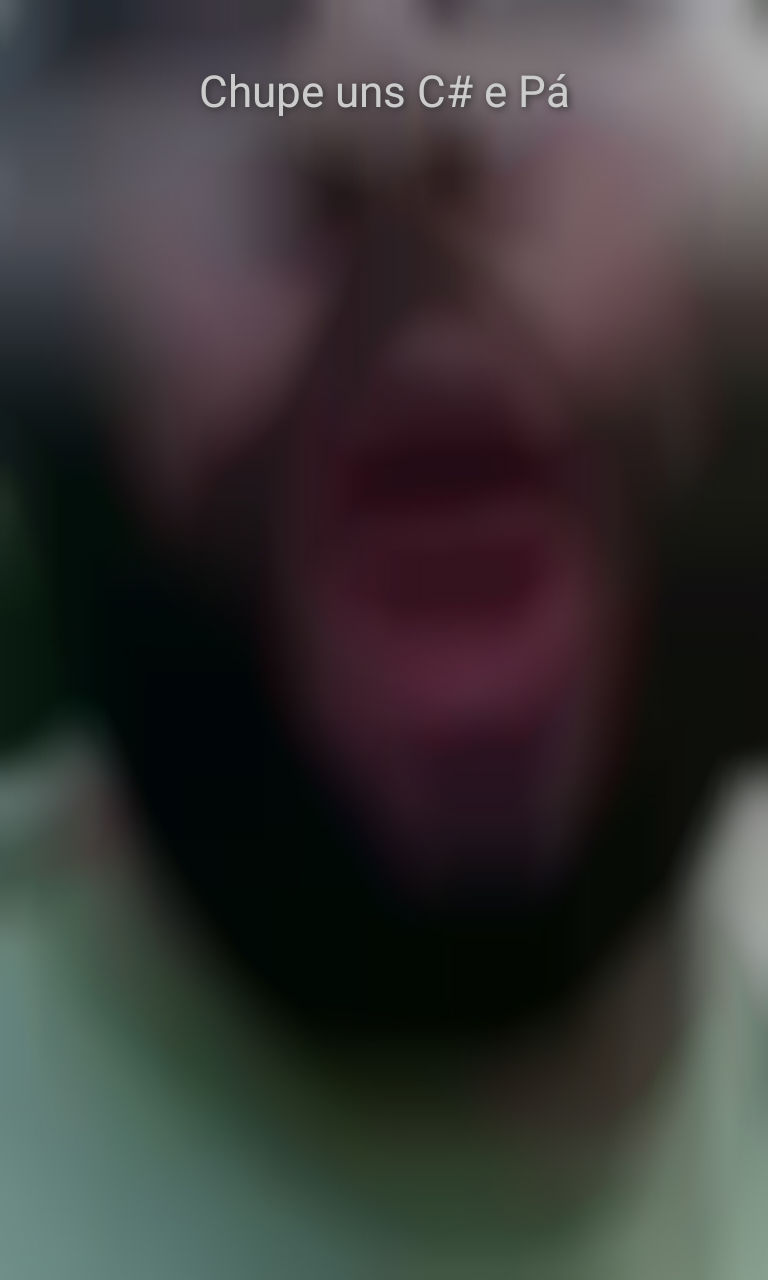
Repository: Cookahn/bioca_sounds
Layout: ChicoBiocaApp/res/layout/remix_activity.xml
The author's editor kept a copy of each file at every save. The layout is drawn from the files as they stood at one save, then again after the next save.
It is drawn on a 768 x 1280 px phone screen (xhdpi) without system bars, with theme AppTheme; the app's code is not run.

Above is the layout before, as saved 2014-08-13 14:35:27.

After the next save:
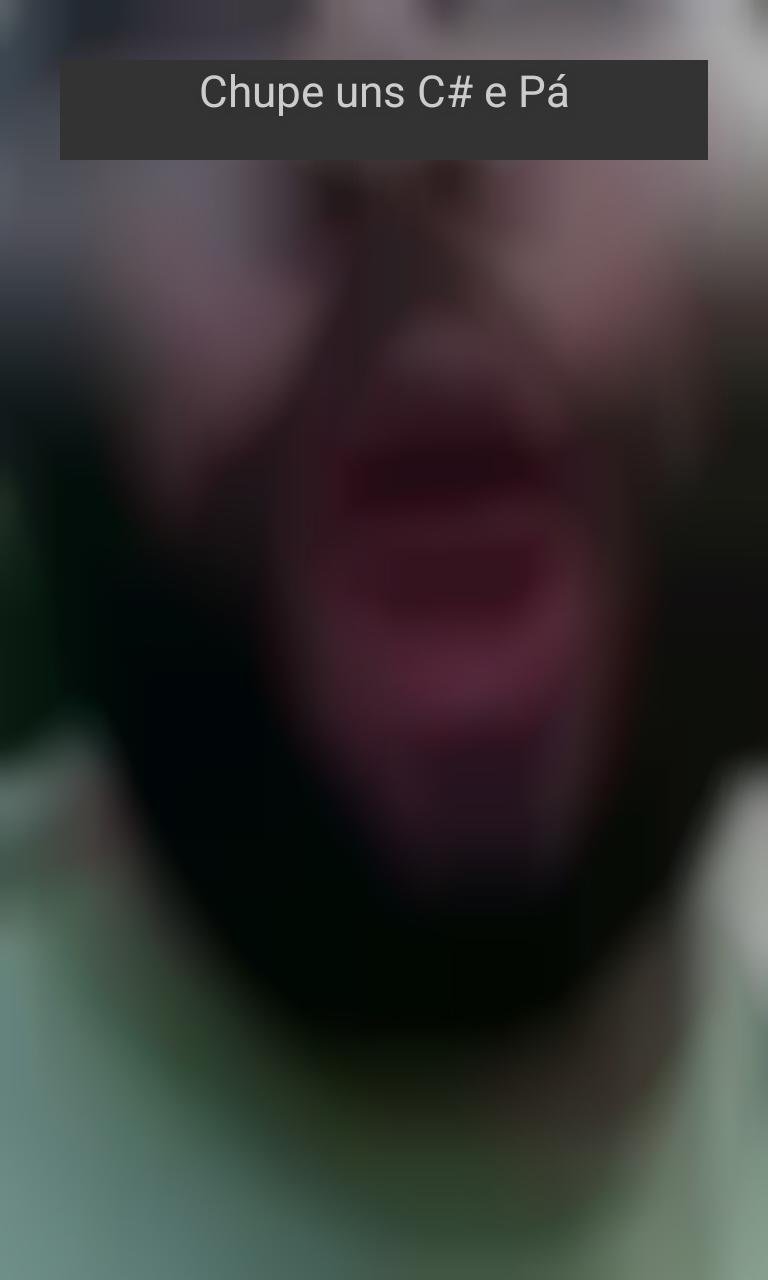
Saved 68 s later.
--- a/ChicoBiocaApp/res/layout/remix_activity.xml
+++ b/ChicoBiocaApp/res/layout/remix_activity.xml
@@ -13,6 +13,7 @@
         android:gravity="center_horizontal"
         android:shadowColor="#333"
         android:shadowDx="2"
+        android:background="#333"
         android:shadowDy="2"
         android:shadowRadius="6"
         android:text="@string/suck_an_ass_and_pa"
